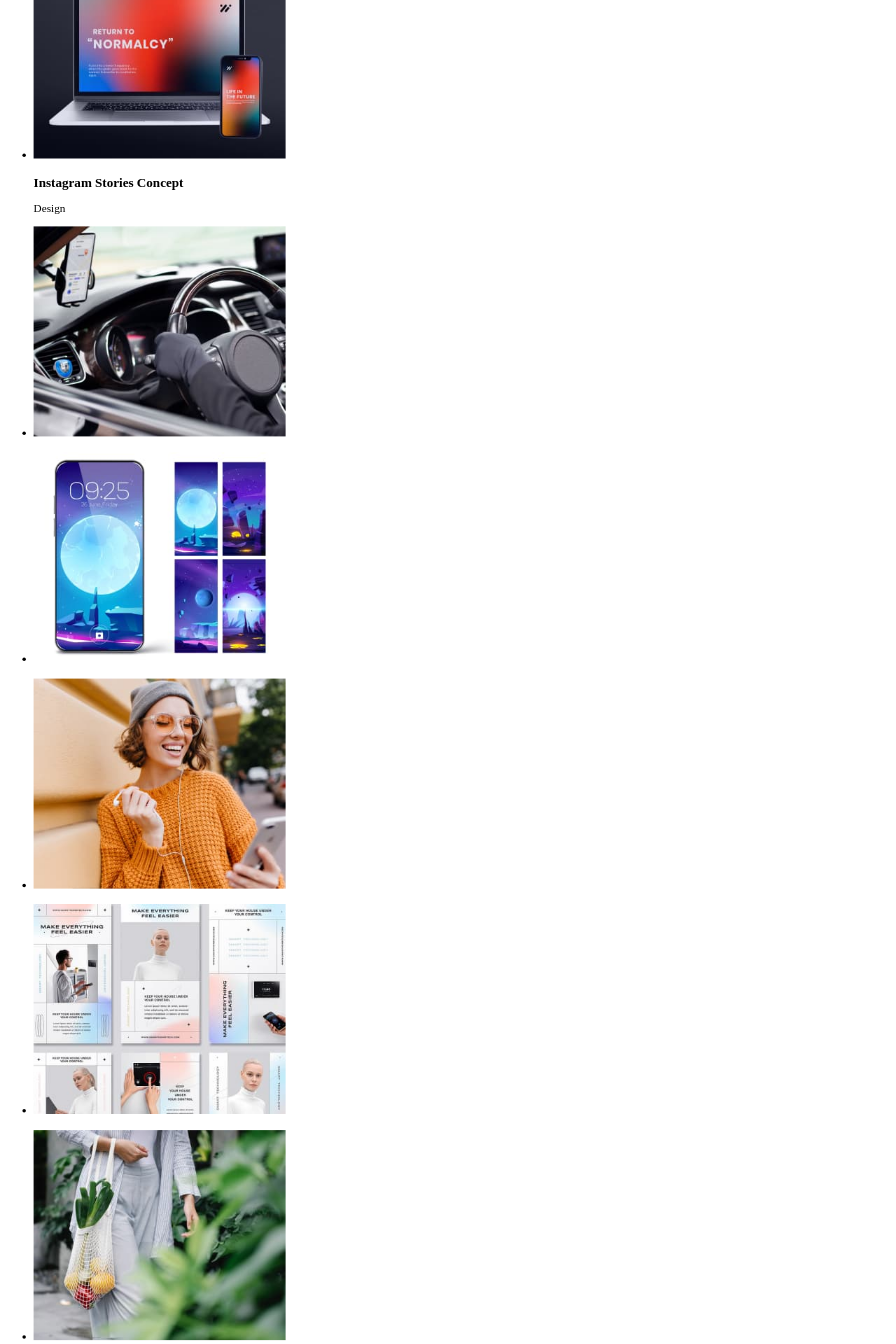
Repository: GrishchenkoNataliya/goit-markup-hw-02
Page: portfolio/indtx.html
The author's editor kept a copy of each file at every save. The page is drawn from the files as they stood at one save, then again after the next save.
The browser window is 1280 px wide. The pictures show the part of the page from y = 1138 to 3058 px (the page is 3467 px tall before and 3392 px after), at 70% of full size.

Above is the page before, as saved 2023-02-27 13:58:37.

After the next save:
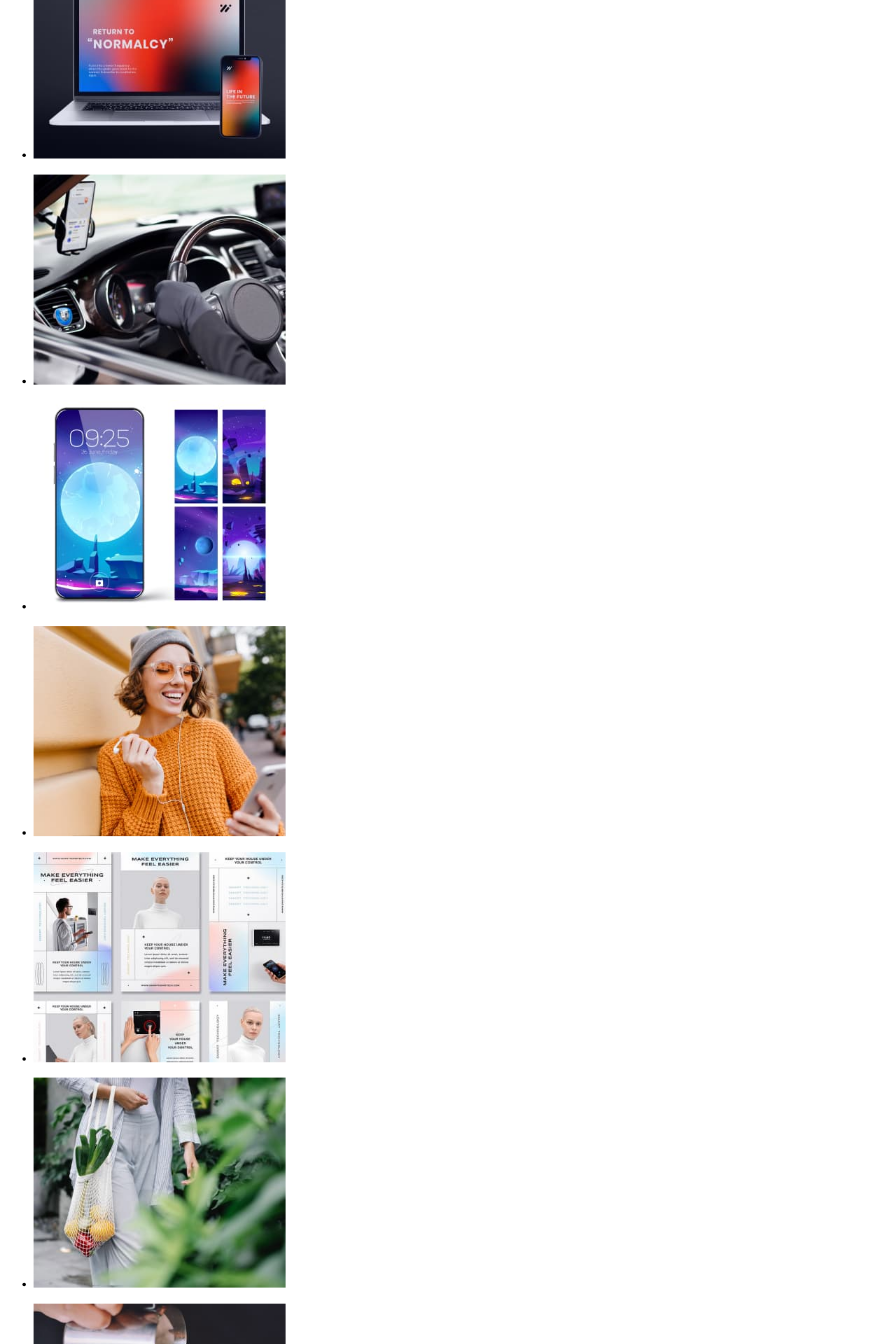
Saved 21 s later.
--- a/portfolio/indtx.html
+++ b/portfolio/indtx.html
@@ -73,8 +73,8 @@
             </li>
             <li>
                 <img src="../images/pages2/img3.jpg" alt="">
-                    <h3>Instagram Stories Concept</h3>
-                    <p>Design</p>
+                    <h3></h3>
+                    <p></p>
                 </img>
             </li>
             <li>
